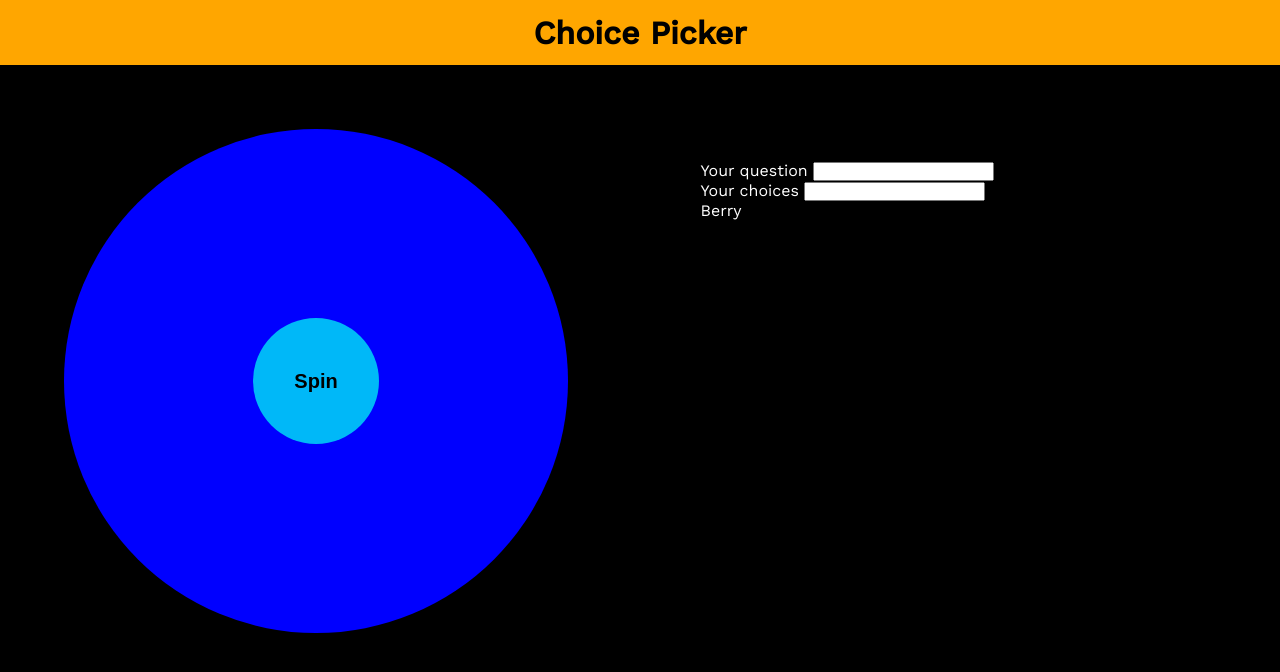
Repository: emiliaiwu/choice_wheel_spinner
Page: index.html
These files come from the project's save history. The page is drawn as it stood at one moment and after the next save; the edit follows.
The browser window is 1280 px wide. The pictures show the whole page.

Above is the page before, as saved 2023-01-09 23:56:29.

### index.html
<!DOCTYPE html>
<html lang="en">
<head>
    <meta charset="UTF-8">
    <meta http-equiv="X-UA-Compatible" content="IE=edge">
    <meta name="viewport" content="width=device-width, initial-scale=1.0">
    <link rel="stylesheet" href="style.css">
    <title>Choice Picker</title>
</head>
<body>
    <header>
        <h1>Choice Picker</h1>
    </header>
    <div class="container">
        <div class="choice_picker_container">
            <div class="choice_picker">
                <div class="circle">
                    <button class="spin">
                        <h2>Spin</h2>
                    </button>
                </div>
            </div>
            <div class="choice_details">
                <div class="question">
                    <label for="question">Your question</label>
                    <input type="text" name="question" id="question">
                </div>
                <div class="make_choices">
                    <label for="choices">Your choices</label>
                    <input type="text" name="choices" id="choices">
                </div>
                <div class="listed_choices">
                    <span class="choice">Berry</span>
                </div>
            </div>
        </div>
        <div class="picked_choice">

        </div>
    </div>
</body>
</html>

### style.css
@import url('https://fonts.googleapis.com/css2?family=Work+Sans:ital,wght@0,400;0,500;1,700&display=swap');

* {
    padding: 0;
    margin: 0;
    box-sizing: border-box;
}


body {
    background-color: rgb(0, 0, 0);
    font-family: 'Work Sans', sans-serif;
    max-width: 100vw;
    min-height: 100vh;
    color: #ffffff;

}

header {
    height: 65px;
    width: 100%;
    background-color:rgb(255, 166, 0);
    color: #000;

}

header,
.spin {
    display: flex;
    align-items: center;
    justify-content: center;

}

.container {
    padding: 5%;
}

.container,
.choice_picker {
    width: 100%;
    height: 100%;
}

.choice_picker_container {
    display: flex;
    align-items: flex-start;
    justify-content: space-between;
    gap: 2rem;
}

.circle {
    width: 70vmin;
    height: 70vmin;
    background-color: blue;
    border-radius: 50%;
    position: relative;
}

.spin {
    width: 25%;
    height: 25%;
    background-color: rgba(0, 246,246,0.75);
    position: absolute;
    border-radius: 50%;
    top: 50%;
    left: 50%;
    transform: translate(-50%, -50%);
    outline: none;
    border: none;
}


.choice_details {
    padding: 2rem;
    height: 70vmin;
    width: 90%;
    background-color: #;

}

After the next save:
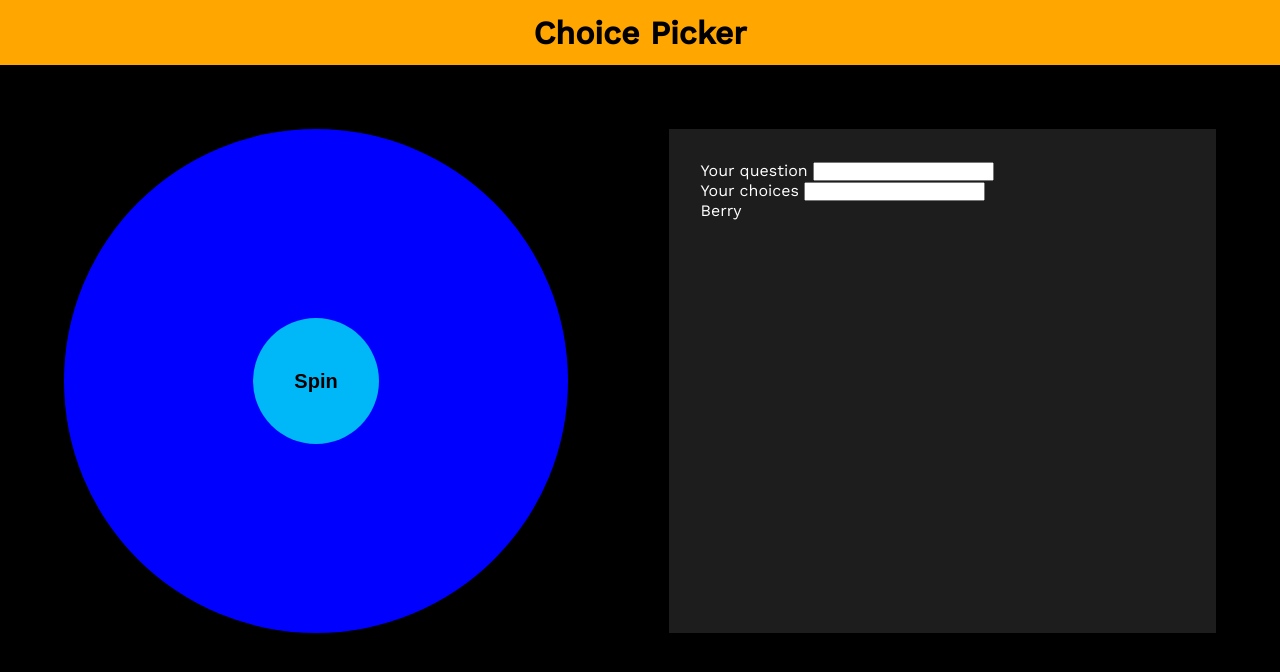
Saved 6 s later.
--- a/style.css
+++ b/style.css
@@ -75,6 +75,6 @@ header,
     padding: 2rem;
     height: 70vmin;
     width: 90%;
-    background-color: #;
+    background-color: #1D1D1D;
 
 }
